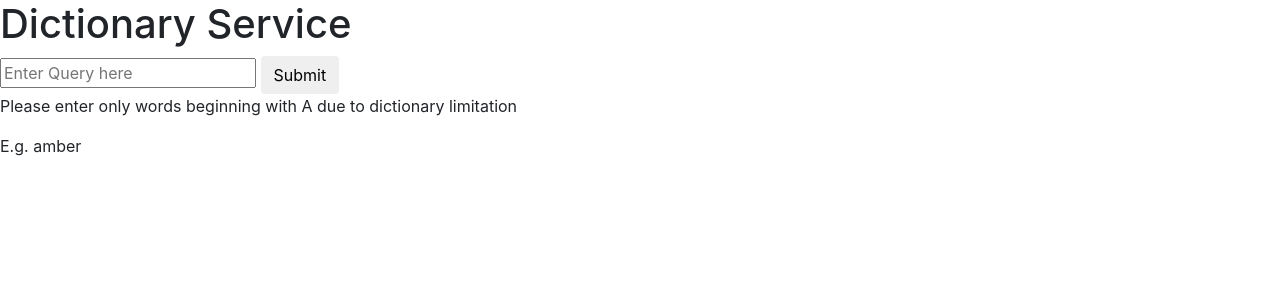
Repository: IanBurke1/AsyncRMI_DictionaryService
Page: http://localhost/AsyncRMI_DictionaryService/index.jsp
These files come from the project's save history. The page is drawn as it stood at one moment and after the next save; the edit follows.
The browser window is 1280 px wide. The pictures show the whole page.
The page is served by Tomcat 9. Nobody is signed in. The application's start-up code is not run. Other server files are loaded and not shown.

Above is the page before, as saved 2017-12-22 18:58:44.

### AsyncRMI_DictionaryService/WebContent/index.jsp
<%@ page language="java" contentType="text/html; charset=ISO-8859-1"
    pageEncoding="ISO-8859-1"%>
<!DOCTYPE html PUBLIC "-//W3C//DTD HTML 4.01 Transitional//EN" "http://www.w3.org/TR/html4/loose.dtd">
<html>
<head>
<meta http-equiv="Content-Type" content="text/html; charset=ISO-8859-1">
<title>Dictionary LookUp</title>
<!-- Bootstrap CSS -->
<link rel="stylesheet" href="https://maxcdn.bootstrapcdn.com/bootstrap/4.0.0-beta.2/css/bootstrap.min.css" integrity="sha384-PsH8R72JQ3SOdhVi3uxftmaW6Vc51MKb0q5P2rRUpPvrszuE4W1povHYgTpBfshb" crossorigin="anonymous">
</head>
<body>
<h1>Dictionary Service</h1>
<form action="DictionaryServlet" method="post">

    <input name="query" placeholder="Enter Query here">
  <button type="submit" class="btn btn-default">Submit</button>
</form>
<p> Please enter only words beginning with A due to dictionary limitation </p>
<p>E.g. amber </p>
</body>
</html>

After the next save:
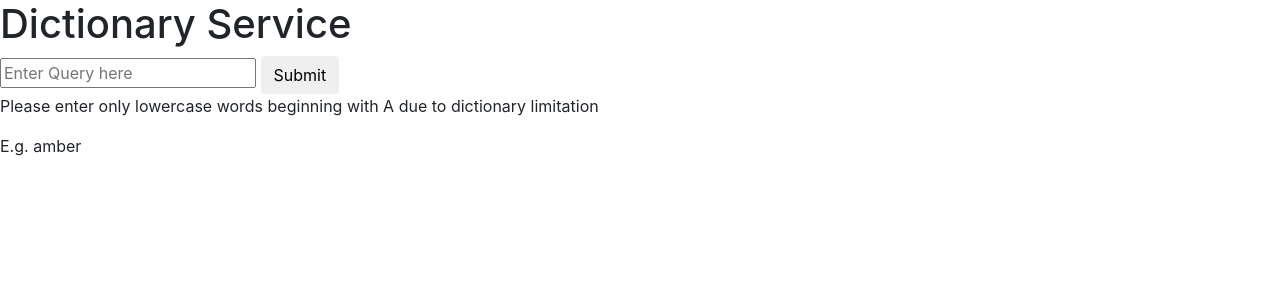
Saved 17 s later.
--- a/AsyncRMI_DictionaryService/WebContent/index.jsp
+++ b/AsyncRMI_DictionaryService/WebContent/index.jsp
@@ -15,7 +15,7 @@
     <input name="query" placeholder="Enter Query here">
   <button type="submit" class="btn btn-default">Submit</button>
 </form>
-<p> Please enter only words beginning with A due to dictionary limitation </p>
+<p> Please enter only lowercase words beginning with A due to dictionary limitation </p>
 <p>E.g. amber </p>
 </body>
 </html>
